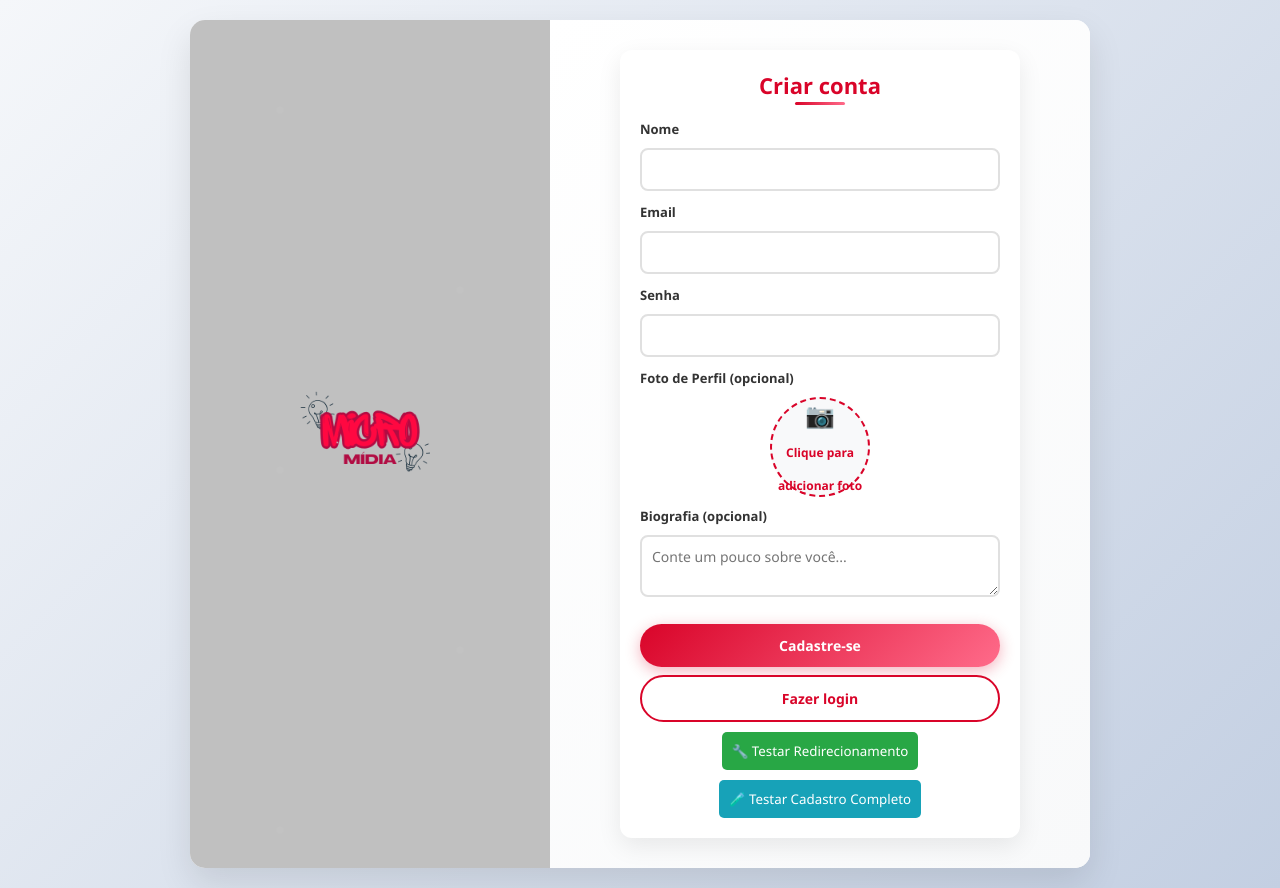
Repository: annaluizapm/MicroMidia
Page: front/HTML/cadastro.html
An editor plug-in stored every save of this project. The page is shown before and after the next save, followed by the edit.
The browser window is 1280 px wide. The pictures show the whole page.

Above is the page before, as saved 2025-09-09 16:52:29.

### front/HTML/cadastro.html
<!DOCTYPE html>
<html lang="pt-BR">
<head>
    <meta charset="UTF-8">
    <meta name="viewport" content="width=device-width, initial-scale=1.0">
    <title>Cadastro - Micro Mídia</title>
    <link rel="stylesheet" href="../CSS/logincadastro.css">
</head>
<body>
    <div class="container">
        <div class="left">
            <img src="../assets/Logo.png" alt="Micro Mídia">
        </div>
        <div class="right">
            <div class="login-box">
                <h2>Criar conta</h2>
                <form id="cadastroForm">
                    <label for="nome">Nome</label>
                    <input type="text" id="nome" name="nome" required>

                    <label for="email">Email</label>
                    <input type="email" id="email" name="email" required>

                    <label for="senha">Senha</label>
                    <input type="password" id="senha" name="senha" required>

                    <label for="foto_perfil">Foto de Perfil (opcional)</label>
                    <div class="foto-upload-container">
                        <input type="file" id="foto_perfil" name="foto_perfil" accept="image/*" style="display: none;">
                        <div class="foto-preview" id="foto-preview" onclick="document.getElementById('foto_perfil').click()">
                            <div class="foto-placeholder">
                                📷<br><span style="font-size: 12px;">Clique para adicionar foto</span>
                            </div>
                        </div>
                    </div>

                    <label for="bio">Biografia (opcional)</label>
                    <textarea id="bio" name="bio" placeholder="Conte um pouco sobre você..."></textarea>

                    <button type="submit" class="btn-primary">Cadastre-se</button>
                    <button type="button" class="btn-secondary" onclick="window.location.href='login.html'">Fazer login</button>
                    <!-- Botão de teste para debug -->
                    <button type="button" onclick="testarRedirecionamento()" style="background: #28a745; color: white; padding: 10px; margin-top: 10px; border: none; border-radius: 5px; cursor: pointer;">🔧 Testar Redirecionamento</button>
                    <button type="button" onclick="testarCadastroCompleto()" style="background: #17a2b8; color: white; padding: 10px; margin-top: 10px; border: none; border-radius: 5px; cursor: pointer;">🧪 Testar Cadastro Completo</button>
                </form>
            </div>
        </div>
    </div>

    <script src="../JS/script.js"></script>
    <script>
        // Função de teste para verificar redirecionamento
        function testarRedirecionamento() {
            console.log('🔧 Teste de redirecionamento iniciado...');
            console.log('📍 URL atual:', window.location.href);
            console.log('📁 Pathname:', window.location.pathname);

            alert('Redirecionando para forum.html em 2 segundos...');

            setTimeout(() => {
                console.log('🔄 Executando redirecionamento...');
                window.location.href = 'forum.html';
            }, 2000);
        }

        // Função de teste para cadastro completo
        async function testarCadastroCompleto() {
            console.log('🧪 Iniciando teste de cadastro completo...');

            // Preencher campos automaticamente
            document.getElementById('nome').value = 'Teste Usuario';
            document.getElementById('email').value = 'teste' + Date.now() + '@test.com';
            document.getElementById('senha').value = '123456';
            document.getElementById('bio').value = 'Bio de teste';

            console.log('📝 Campos preenchidos automaticamente');

            // Simular submit
            const form = document.getElementById('cadastroForm');
            if (form) {
                console.log('📤 Disparando evento de submit...');
                const event = new Event('submit', { bubbles: true, cancelable: true });
                form.dispatchEvent(event);
            } else {
                console.error('❌ Formulário não encontrado!');
            }
        }

        // Manipular preview da foto no cadastro
        document.getElementById('foto_perfil').addEventListener('change', function(event) {
            const file = event.target.files[0];
            if (file) {
                if (file.size > 5 * 1024 * 1024) {
                    alert('A imagem deve ter no máximo 5MB');
                    return;
                }

                if (!file.type.startsWith('image/')) {
                    alert('Apenas arquivos de imagem são permitidos');
                    return;
                }

                const reader = new FileReader();
                reader.onload = function(e) {
                    const preview = document.getElementById('foto-preview');
                    preview.innerHTML = `<img src="${e.target.result}" style="width: 100%; height: 100%; object-fit: cover; border-radius: 50%;" alt="Preview da foto">`;
                };
                reader.readAsDataURL(file);
            }
        });

        // Debug: Verificar se o formulário está sendo capturado corretamente
        document.addEventListener('DOMContentLoaded', function() {
            const form = document.getElementById('cadastroForm');
            if (form) {
                console.log('✅ Formulário de cadastro encontrado');

                // Adicionar listener de debug
                form.addEventListener('submit', function(e) {
                    console.log('📤 Evento submit capturado!');
                });
            } else {
                console.error('❌ Formulário de cadastro não encontrado');
            }
        });
    </script>
</body>
</html>

### front/CSS/logincadastro.css
* {
    margin: 0;
    padding: 0;
    box-sizing: border-box;
    font-family: 'Segoe UI', Tahoma, Geneva, Verdana, sans-serif;
}

body {
    display: flex;
    justify-content: center;
    align-items: center;
    min-height: 100vh;
    background: linear-gradient(135deg, #f5f7fa 0%, #c3cfe2 100%);
    padding: 20px;
}

.container {
    display: flex;
    width: 100%;
    max-width: 900px;
    min-height: 600px;
    background: white;
    box-shadow: 0 15px 35px rgba(0, 0, 0, 0.1);
    border-radius: 15px;
    overflow: hidden;
    animation: fadeInUp 0.8s ease;
}

@keyframes fadeInUp {
    from {
        opacity: 0;
        transform: translateY(30px);
    }
    to {
        opacity: 1;
        transform: translateY(0);
    }
}

.left {
    width: 40%;
    background: linear-gradient(135deg, #C0C0C0 0%, #C0C0C0 100%);
    display: flex;
    justify-content: center;
    align-items: center;
    position: relative;
}

.left::before {
    content: '';
    position: absolute;
    top: 0;
    left: 0;
    right: 0;
    bottom: 0;
    background: url('data:[embedded picture, 358 characters]');
    opacity: 0.3;
}

.left img {
    width: 75%;
    max-width: 200px;
    position: relative;
    z-index: 1;
    transition: transform 0.3s ease;
}

.left img:hover {
    transform: scale(1.05);
}

.right {
    width: 60%;
    display: flex;
    justify-content: center;
    align-items: center;
    background: linear-gradient(135deg, #ffffff 0%, #f8f9fa 100%);
    padding: 30px 20px;
    overflow-y: auto;
}

.login-box {
    width: 100%;
    max-width: 400px;
    padding: 20px;
    text-align: center;
    border-radius: 12px;
    box-shadow: 0 8px 25px rgba(0, 0, 0, 0.08);
    background: white;
}

h2 {
    color: #D90429;
    margin-bottom: 20px;
    font-size: 22px;
    position: relative;
}

h2::after {
    content: '';
    position: absolute;
    bottom: -5px;
    left: 50%;
    transform: translateX(-50%);
    width: 50px;
    height: 3px;
    background: linear-gradient(90deg, #D90429, #ff6b8a);
    border-radius: 2px;
}

label {
    display: block;
    text-align: left;
    margin-bottom: 5px;
    color: #333;
    font-weight: 600;
    font-size: 13px;
}

input, textarea {
    width: 100%;
    padding: 10px;
    margin: 5px 0 12px 0;
    border: 2px solid #e0e0e0;
    border-radius: 8px;
    font-size: 14px;
    transition: all 0.3s ease;
    box-sizing: border-box;
}

input:focus, textarea:focus {
    outline: none;
    border-color: #D90429;
    box-shadow: 0 0 0 3px rgba(217, 4, 41, 0.1);
    transform: translateY(-2px);
}

textarea {
    resize: vertical;
    min-height: 60px;
}

.btn-primary {
    width: 100%;
    padding: 12px;
    background: linear-gradient(135deg, #D90429 0%, #ff6b8a 100%);
    color: white;
    border: none;
    border-radius: 25px;
    cursor: pointer;
    margin-top: 10px;
    font-weight: 600;
    font-size: 14px;
    transition: all 0.3s ease;
    box-shadow: 0 4px 15px rgba(217, 4, 41, 0.3);
}

.btn-primary:hover {
    transform: translateY(-2px);
    box-shadow: 0 6px 20px rgba(217, 4, 41, 0.4);
}

.btn-secondary {
    width: 100%;
    padding: 12px;
    background: white;
    color: #D90429;
    border: 2px solid #D90429;
    border-radius: 25px;
    cursor: pointer;
    margin-top: 8px;
    font-weight: 600;
    font-size: 14px;
    transition: all 0.3s ease;
}

.btn-secondary:hover {
    background: linear-gradient(135deg, #D90429 0%, #ff6b8a 100%);
    color: white;
    transform: translateY(-2px);
    box-shadow: 0 4px 15px rgba(217, 4, 41, 0.3);
}

/* Estilos para upload de foto */
.foto-upload-container {
    margin: 10px 0;
}

.foto-preview {
    width: 100px;
    height: 100px;
    border: 2px dashed #D90429;
    border-radius: 50%;
    display: flex;
    align-items: center;
    justify-content: center;
    margin: 0 auto;
    cursor: pointer;
    transition: all 0.3s ease;
    background: #f8f9fa;
}

.foto-preview:hover {
    border-color: #ff6b8a;
    background: #fff5f5;
    transform: scale(1.05);
}

.foto-placeholder {
    text-align: center;
    color: #D90429;
    font-size: 24px;
    font-weight: 600;
}

.foto-preview img {
    width: 96px;
    height: 96px;
    border-radius: 50%;
    object-fit: cover;
}

Loaded but not shown: front/JS/script.js (849 lines, source omitted)

After the next save:
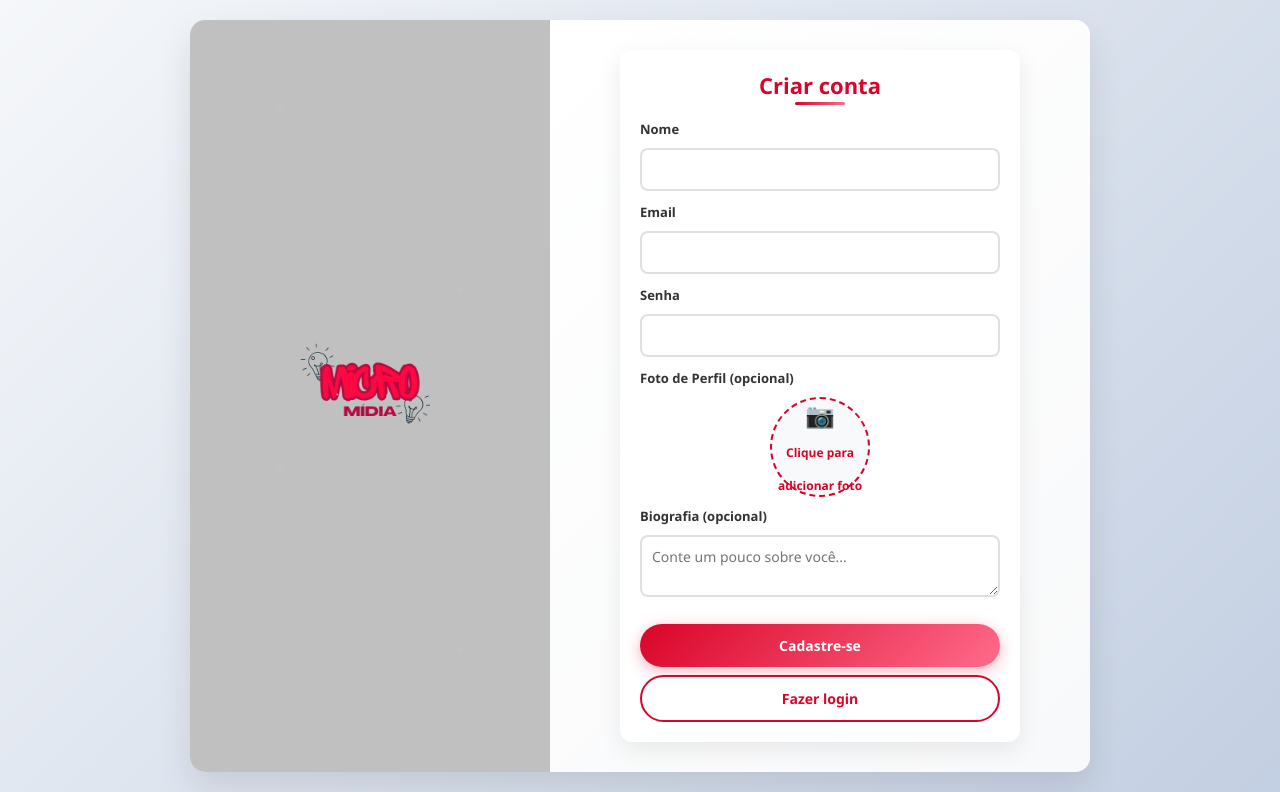
Saved 3 min 14 s later.
--- a/front/HTML/cadastro.html
+++ b/front/HTML/cadastro.html
@@ -39,9 +39,6 @@
 
                     <button type="submit" class="btn-primary">Cadastre-se</button>
                     <button type="button" class="btn-secondary" onclick="window.location.href='login.html'">Fazer login</button>
-                    <!-- Botão de teste para debug -->
-                    <button type="button" onclick="testarRedirecionamento()" style="background: #28a745; color: white; padding: 10px; margin-top: 10px; border: none; border-radius: 5px; cursor: pointer;">🔧 Testar Redirecionamento</button>
-                    <button type="button" onclick="testarCadastroCompleto()" style="background: #17a2b8; color: white; padding: 10px; margin-top: 10px; border: none; border-radius: 5px; cursor: pointer;">🧪 Testar Cadastro Completo</button>
                 </form>
             </div>
         </div>
